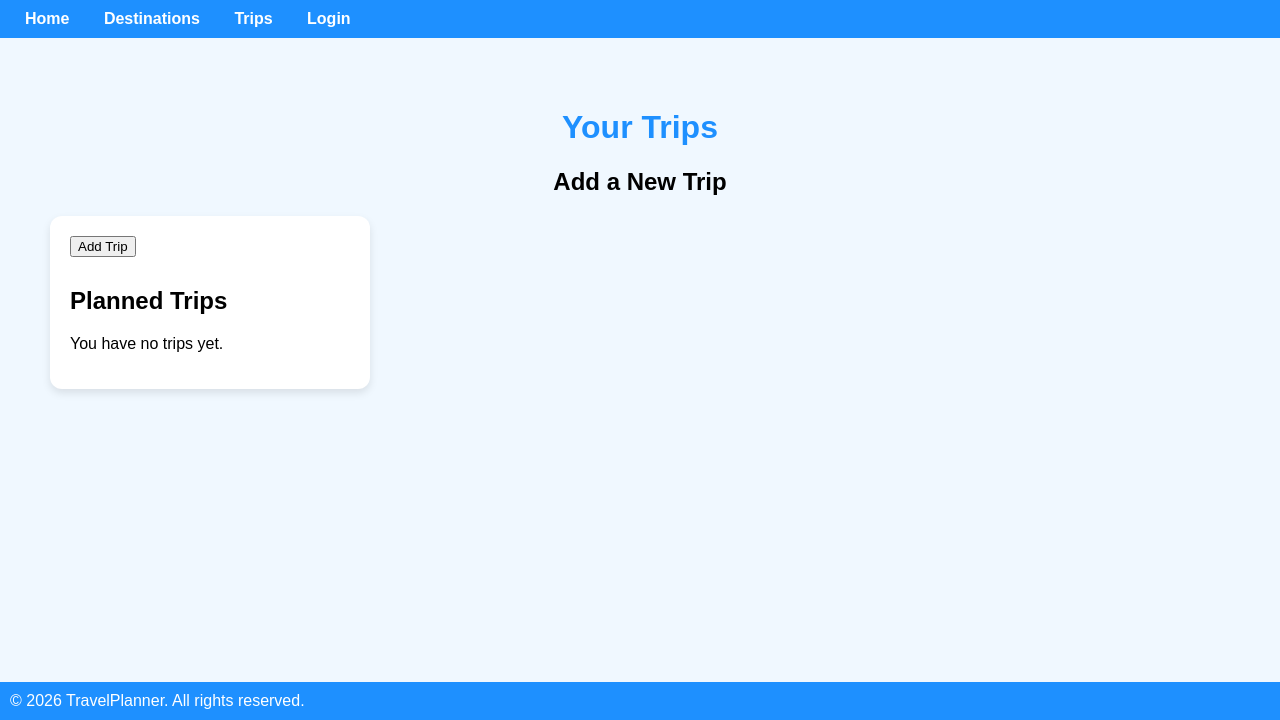
Repository: OCEANIC7/GROUP9
Page: travelplanner/planner/templates/planner/trips.html
The author's editor kept a copy of each file at every save. The page is drawn from the files as they stood at one save, then again after a run of saves.
The browser window is 1280 px wide. The pictures show the whole page.
The template is drawn by Django 5.2. The application's start-up code is not run. Other server files are loaded and not shown. The template is opened directly, without the code that normally fills it, so the values that code supplies are empty.

Above is the page before, as saved 2026-02-03 02:43:21.

### travelplanner/planner/templates/planner/trips.html
{% extends 'planner/base.html' %}

{% block title %}Trips - TravelPlanner{% endblock %}

{% block content %}
<h1>Your Trips</h1>

<h2>Add a New Trip</h2>
<div class="trip-card" style="max-width:400px; margin; padding:20px">
<form method="POST" style="margin-bottom:30px;">
    {% csrf_token %}
    {{ form.as_p }}
    <button type="submit" class="button">Add Trip</button>
</form>

<h2>Planned Trips</h2>

{% if trips %}
<div class="card-container">
    {% for trip in trips %}
    <div class="trip-card">
        <h3>📍 {{ trip.destination.name }}</h3>

        <div class="trip-dates">
            🗓 {{ trip.start_date|date:"M d, Y" }}
            →
            {{ trip.end_date|date:"M d, Y" }}
        </div>

        {% if trip.notes %}
        <p>📝 {{ trip.notes|truncatewords:15 }}</p>
        {% endif %}

        <div class="trip-actions">
            <a href="{% url 'edit_trip' trip.id %}" class="edit">✏️ Edit</a>
            <a href="{% url 'delete_trip' trip.id %}" class="delete">🗑️ Delete</a>
        </div>
    </div>
    {% endfor %}
</div>
{% else %}
<p>You have no trips yet.</p>
{% endif %}

</div>
{% endblock %}

### travelplanner/planner/templates/planner/base.html
<!DOCTYPE html>
<html lang="en">
<head>
    <meta charset="UTF-8">
    <meta name="viewport" content="width=device-width, initial-scale=1.0">
    <title>{% block title %}TravelPlanner{% endblock %}</title>
    <style>
        body { font-family: Arial, sans-serif; background-color: #f0f8ff; margin: 0; padding: 0; }
        nav { background-color: #1e90ff; padding: 10px; }
        nav a { color: #fff; text-decoration: none; margin: 0 15px; font-weight: bold; }
        nav a:hover { color: #ffd700; }
        .container { padding: 50px; text-align: center; }
        h1 { color: #1e90ff; }
        footer { background-color: #1e90ff; color: #fff; padding: 10px; position: fixed; bottom: 0; width: 100%; }
        a.button { text-decoration: none; color: #fff; background-color: #1e90ff; padding: 10px 20px; border-radius: 5px; }
        a.button:hover { background-color: #104e8b; }

        .card-container {
    display: flex;
    flex-wrap: wrap;
    gap: 20px;
    justify-content: center;
}

.trip-card {
    background: white;
    width: 280px;
    padding: 20px;
    border-radius: 12px;
    box-shadow: 0 4px 8px rgba(0,0,0,0.1);
    text-align: left;
}

.trip-card h3 {
    margin-top: 0;
    color: #1e90ff;
}

.trip-dates {
    font-size: 14px;
    color: #555;
    margin-bottom: 10px;
}

.trip-actions a {
    margin-right: 10px;
    text-decoration: none;
    font-weight: bold;
}

.trip-actions a.edit {
    color: green;
}

.trip-actions a.delete {
    color: red;
}

    </style>
</head>
<body>
    <nav>
        <a href="{% url 'home' %}">Home</a>
        <a href="{% url 'destinations' %}">Destinations</a>
        <a href="{% url 'trips' %}">Trips</a>
        <a href="{% url 'login' %}">Login</a>
    </nav>
    <div class="container">
        {% block content %}{% endblock %}
    </div>
    <footer>
        &copy; 2026 TravelPlanner. All rights reserved.
    </footer>
</body>
</html>

After the next 3 saves:
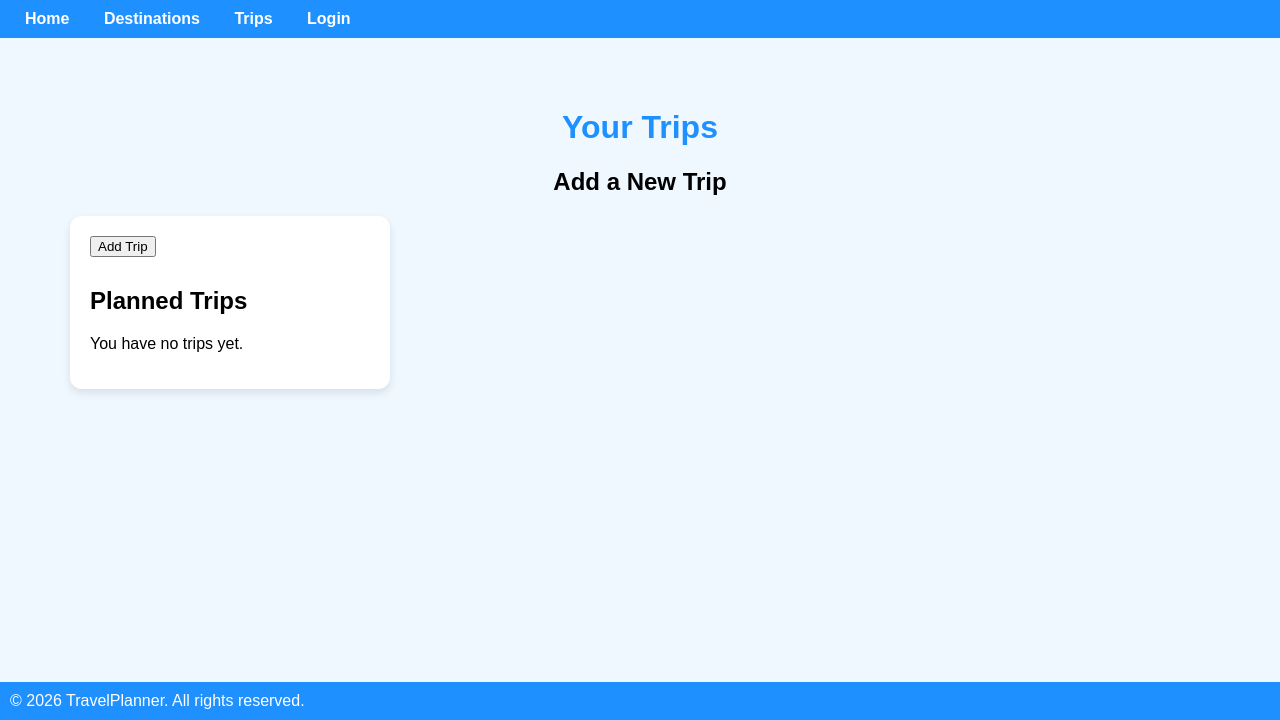
The 3 saves are shown as one change because they came seconds apart.
The last was saved 12 s later.
--- a/travelplanner/planner/templates/planner/trips.html
+++ b/travelplanner/planner/templates/planner/trips.html
@@ -6,7 +6,7 @@
 <h1>Your Trips</h1>
 
 <h2>Add a New Trip</h2>
-<div class="trip-card" style="max-width:400px; margin; padding:20px">
+<div class="trip-card" style="max-width:400px; margin:20px">
 <form method="POST" style="margin-bottom:30px;">
     {% csrf_token %}
     {{ form.as_p }}
